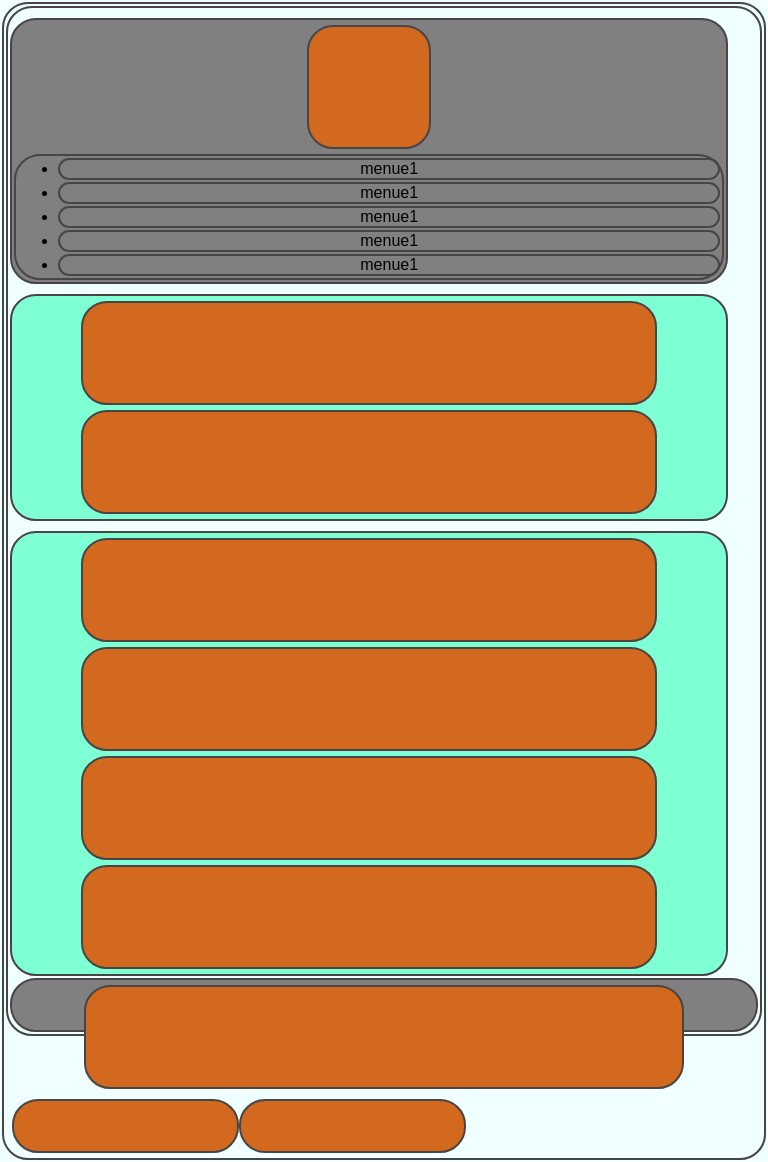
Repository: clairedupuich/cv-claireDUPUICH
Page: cv.html
An editor plug-in stored every save of this project. The page is shown before and after the next save, followed by the edit.
The browser window is 768 px wide. The pictures show the whole page.

Above is the page before, as saved 2020-10-08 13:26:18.

### cv.html
<!DOCTYPE html>
<html lang="fr" dir="ltr">
  <head>
    <meta charset="utf-8">
    <title>Exercice</title>
    <link rel="stylesheet" href="cv.css">
  </head>
  <body>
    <section class="header">
        <div class="img">
        </div>

            <ul class="nav">
                <li>menue1</li>
                <li>menue1</li>
                <li>menue1</li>
                <li>menue1</li>
                <li>menue1</li>
            </ul>

    </section>
      <section class="section 1">
          <div class="article1_1">
          </div>
          <div class="article1_2">
          </div>
      </section>
      <section class="section2">
        <div class="article2_1">
        </div>
        <div class="article2_2">
        </div>
        <div class="article2_3">
        </div>
        <div class="article2_4">
        </div>
      </section>
      <footer>
          <div class='footer1'>
          </div>
        <div class="footer2">
        </div>
        <div class="footer3">
        </div>
    </footer>
  </body>
</html>

### cv.css

@media screen and (max-width: 768px)
{
    * {
        font-family: Avenir, sans-serif;
        border: 2px solid rgb(71, 69, 69);
        border-radius: 26px;
         margin: 2px;

    }

    body {
        background-color: azure;


    }
    section {
        margin-top: 10px;
        width: 95%;
        background-color: aquamarine;


    }
    div {
        margin: 5px auto;
        width:80% ;
        height: 100px;
        background-color: chocolate;
    }
    ul {
        text-align: center;
    }
    footer {
        height: 50px;
    }
    .footer2,
    .footer3 {
        height: 50px;
        width: 30%;
        float: left;
    }

    footer,
    .header{
        background-color: gray;
    }
    .img {
        width:120px;
        height: 120px;
        text-align: left;
    }

}

After the next save:
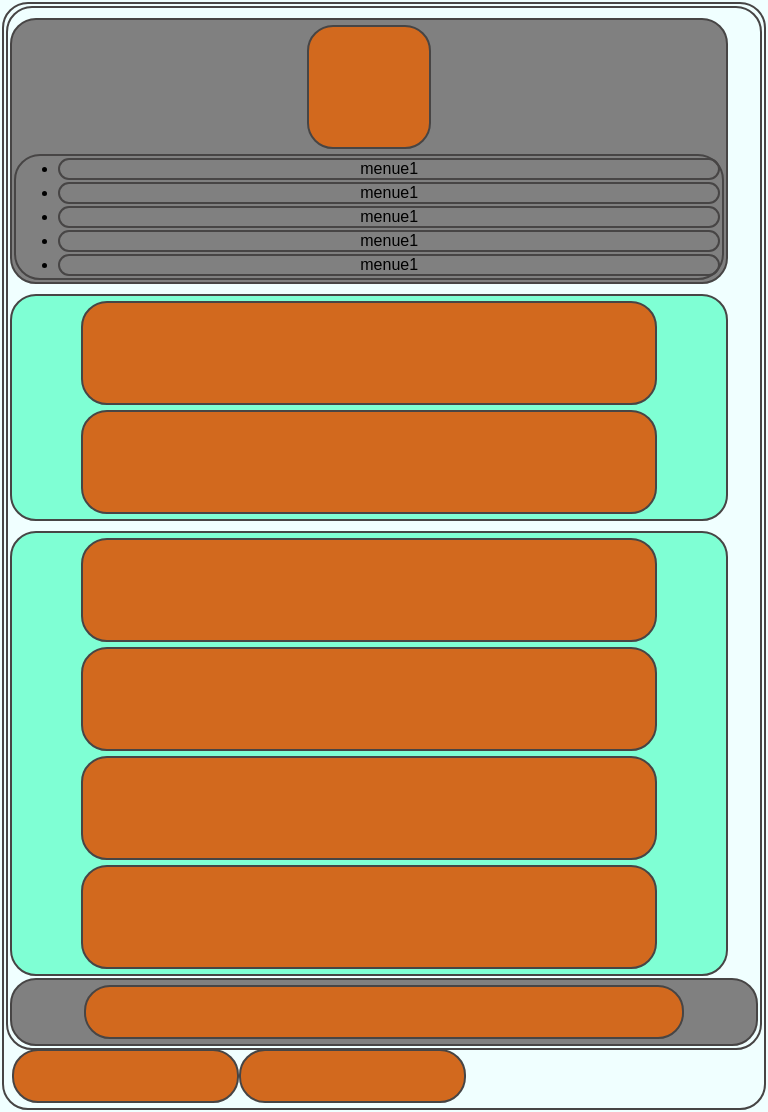
Saved 26 s later.
--- a/cv.css
+++ b/cv.css
@@ -30,7 +30,7 @@
     ul {
         text-align: center;
     }
-    footer {
+    footer > div {
         height: 50px;
     }
     .footer2,
